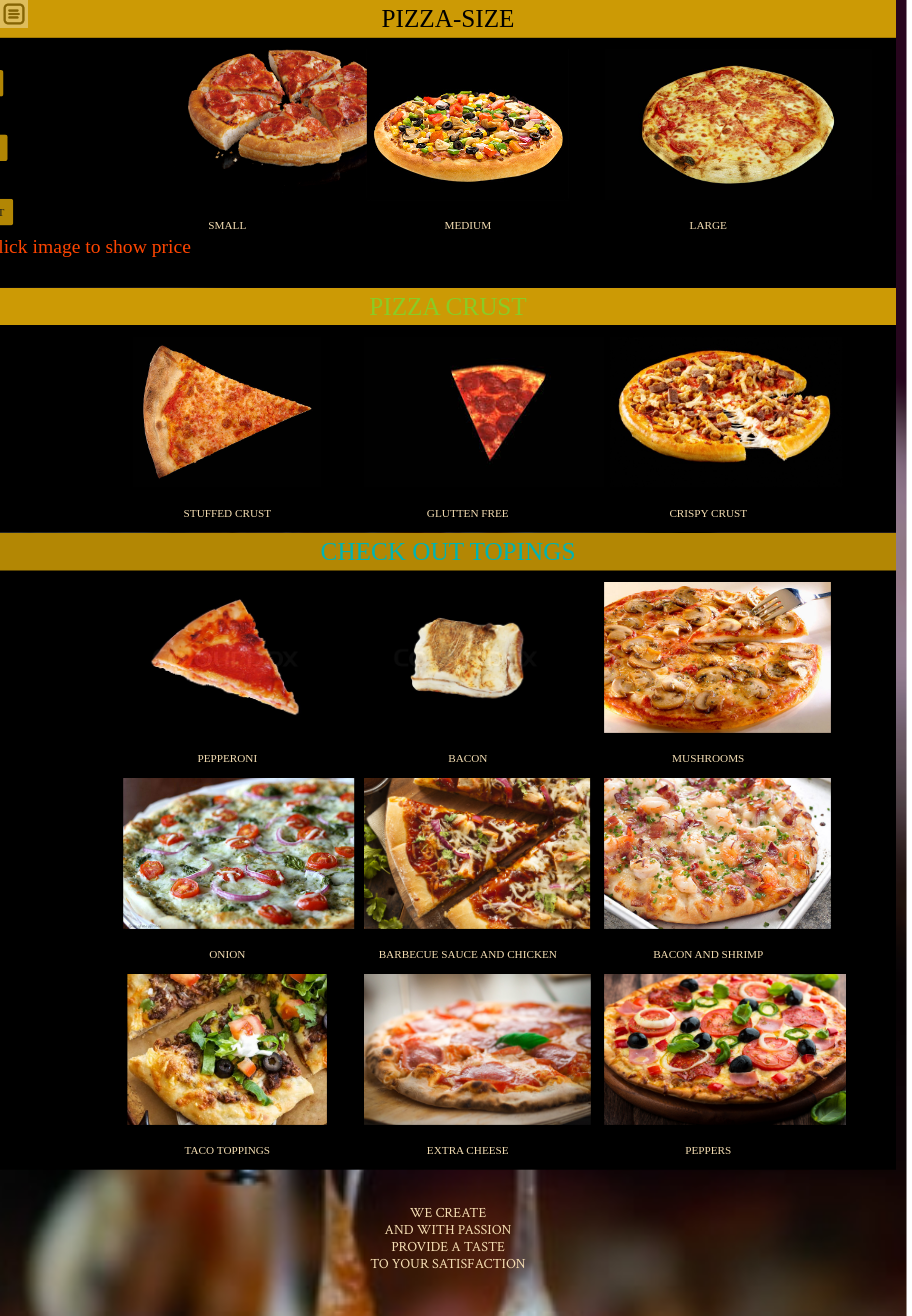
Repository: alexmwaura/MOREO--PIZZA-IP4
Page: mine.html
These files come from the project's save history. The page is drawn as it stood at one moment and after the next save; the edit follows.
The browser window is 1280 px wide. The page is 1303 px wide, so the pictures cover 1303 px, including what lies to the right of the window. The pictures show the part of the page from y = 0 to 1880 px (the page is 3153 px tall), at 70% of full size.
Some web fonts or font styles are not loaded; a fallback is used.

Above is the page before, as saved 2019-09-01 17:48:53.

### mine.html
<!DOCTYPE html>
<html lang="en">

<head>
    <meta charset="UTF-8">
    <meta name="viewport" content="width=device-width, initial-scale=1.0">
    <meta http-equiv="X-UA-Compatible" content="ie=edge">

    <title> MOREO RESTAURANT</title>

    <link href="https://fonts.googleapis.com/css?family=Kaushan+Script&display=swap" rel="stylesheet">
    <link href="https://fonts.googleapis.com/css?family=Pacifico|Rancho&display=swap" rel="stylesheet">
    <link href="https://fonts.googleapis.com/css?family=Crimson+Text&display=swap" rel="stylesheet">

    <link rel="stylesheet" href="./CSS/bootstrap.css">
    <link rel="stylesheet" href="./CSS/styles.css">
    <script src="./SCRIPTS/jquery-3.4.1.js"></script>
    <script src="./SCRIPTS/scripts.js"></script>
</head>

<body>
    <nav>
        <a href="#" class="nav-toggle-btn bg-success"></a>
        <ul>
            <li><a href="./index.html" class="btn bg-warning" style="margin-left: -14%">HOME</a></li><br><br>
            <li><a href="#pizza" class="btn bg-warning" style="margin-left: -15%">ORDER</a></li><br><br>
            <li><a href="#nav" class="btn bg-warning" style="margin-left: -35%">CONTACT</a></li>
        </ul>
    </nav>

    <div class="content">


            <div class="address">
                    <div class="">



                        <div class="bg-warning" id="pizza-crust" style="opacity: 0.8">

                            <p style="color: black">PIZZA-SIZE</p>

                        </div>

                        <div class="row">

                            &nbsp;&nbsp;&nbsp;&nbsp;&nbsp;&nbsp;&nbsp;&nbsp;&nbsp;&nbsp;&nbsp;&nbsp;&nbsp;&nbsp;&nbsp;&nbsp;&nbsp;&nbsp;&nbsp;&nbsp;&nbsp;&nbsp;&nbsp;&nbsp;&nbsp;&nbsp;&nbsp;&nbsp;&nbsp;&nbsp;&nbsp;&nbsp;&nbsp;&nbsp;&nbsp;&nbsp;&nbsp;&nbsp;&nbsp;&nbsp;&nbsp;&nbsp;&nbsp;&nbsp;

                            <div class="col-lg-3 col-md-3 col-sm-3">
                                <div id="workS1">
                                    <img src="./IMAGES/small2.png" alt="" class="img-fluid-S1"><br><br>

                                    <div class="overlay">
                                        <div class="line">
                                            <p class="trial1">SMALL</p>
                                            <p class="pS1">
                                                    <h5 class="pS1"><strong> PRICE: <br>
                                                        <em><h1 style="font-size: 10vh">500 ksh</h1></em><br>
                                                    </strong></h5>
                                            </p>

                                        </div>

                                    </div>

                                </div>



                            </div>
                            &nbsp;&nbsp;&nbsp;&nbsp;

                            <div class="col-lg-3 col-md-3 col-sm-3">
                                <div id="workS2">
                                    <img src="./IMAGES/medium.jpg" alt="" class="img-fluid-S2"><br><br>

                                    <div class="overlay">
                                        <div class="line">
                                            <p class="trialS2">MEDIUM </p>
                                            <p class="pS2">
                                                    <h5 class="pS2"><strong> PRICE: <br>
                                                        <em><h1 style="font-size: 10vh">700 ksh</h1></em><br>
                                                    </strong></h5>
                                            </p>



                                        </div>

                                    </div>

                                </div>

                            </div>

                            &nbsp;&nbsp;&nbsp;&nbsp;


                            <div class="col-lg-3 col-md-3 col-sm-3">
                                <div id="workS3">
                                    <img src="./IMAGES/large4.jpg" alt="" class="img-fluid-S3 "><br><br>

                                    <div class="overlay">
                                        <div class="line">
                                            <p class="trialS3">LARGE</p>
                                            <p class="pS3">
                                                    <h5 class="pS3"><strong> PRICE: <br>
                                                        <em><h1 style="font-size: 10vh">1000 ksh</h1></em><br>
                                                </strong></h5>
                                            </p>


                                        </div>

                                    </div>

                                </div>

                            </div>

                            <div class="form-group">
                                <h3 style="color: orangered" style="font-size: 10vh" class="price"> click image to show price</h3>
                            </div>


                        </div>

                    </div>

                </div>







        <div class="address">
            <div class="">



                <div class="bg-warning" id="pizza-crust" style="opacity: 0.8">

                    <p style="color:greenyellow">PIZZA CRUST</p>

                </div>

                <div class="row">

                    &nbsp;&nbsp;&nbsp;&nbsp;&nbsp;&nbsp;&nbsp;&nbsp;&nbsp;&nbsp;&nbsp;&nbsp;&nbsp;&nbsp;&nbsp;&nbsp;&nbsp;&nbsp;&nbsp;&nbsp;&nbsp;&nbsp;&nbsp;&nbsp;&nbsp;&nbsp;&nbsp;&nbsp;&nbsp;&nbsp;&nbsp;&nbsp;&nbsp;&nbsp;&nbsp;&nbsp;&nbsp;&nbsp;&nbsp;&nbsp;&nbsp;&nbsp;&nbsp;&nbsp;

                    <div class="col-lg-3 col-md-3 col-sm-3">
                        <div id="work1">
                            <img src="./IMAGES/stuffed5.jpg" alt="" class="img-fluid-1"><br><br>

                            <div class="overlay">
                                <div class="line">
                                    <p class="trial1">STUFFED CRUST</p>
                                    <p class="p1">
                                        <h5 class="p1"><strong> PRICE: <br>
                                            <em>SMALL; KSH 100</em><br>
                                            <em>MEDIUM; KSH 150</em><br>
                                            <em>LARGE; KSH 200</em>
                                        </strong></h5>
                                    </p>

                                </div>

                            </div>

                        </div>



                    </div>
                    &nbsp;&nbsp;&nbsp;&nbsp;

                    <div class="col-lg-3 col-md-3 col-sm-3">
                        <div id="work2">
                            <img src="./IMAGES/glutten5.jpeg" alt="" class="img-fluid-2"><br><br>

                            <div class="overlay">
                                <div class="line">
                                    <p class="trial2">GLUTTEN FREE </p>
                                    <p class="p2">
                                        <h5 class="p2"><strong> PRICE: <br>
                                            <em>SMALL; KSH 50</em><br>
                                            <em>MEDIUM; KSH 100</em><br>
                                            <em>LARGE; KSH 150</em>
                                        </strong></h5>
                                    </p>



                                </div>

                            </div>

                        </div>

                    </div>

                    &nbsp;&nbsp;&nbsp;&nbsp;


                    <div class="col-lg-3 col-md-3 col-sm-3">
                        <div id="work3">
                            <img src="./IMAGES/crispy3.jpg" alt="" class="img-fluid-3 "><br><br>

                            <div class="overlay">
                                <div class="line">
                                    <p class="trial3">CRISPY CRUST</p>
                                    <p class="p3">
                                        <h5 class="p3"><strong> PRICE: <br>
                                            <em>SMALL; KSH 100</em><br>
                                            <em>MEDIUM; KSH 150</em><br>
                                            <em>LARGE; KSH 200</em>
                                        </strong></h5>
                                    </p>


                                </div>

                            </div>

                        </div>

                    </div>



                </div>

            </div>

        </div>



        <div class="dance">

            <div class="">

                <div class="bg-warning" id="pizza-toppings" style="opacity: 0.7">
                    <p style="color: aqua">CHECK OUT TOPINGS</p>

                </div>

                <div class="row">

                    &nbsp;&nbsp;&nbsp;&nbsp;&nbsp;&nbsp;&nbsp;&nbsp;&nbsp;&nbsp;&nbsp;&nbsp;&nbsp;&nbsp;&nbsp;&nbsp;&nbsp;&nbsp;&nbsp;&nbsp;&nbsp;&nbsp;&nbsp;&nbsp;&nbsp;&nbsp;&nbsp;&nbsp;&nbsp;&nbsp;&nbsp;&nbsp;&nbsp;&nbsp;&nbsp;&nbsp;&nbsp;&nbsp;&nbsp;&nbsp;&nbsp;&nbsp;&nbsp;&nbsp;

                    <div class="col-lg-3 col-md-3 col-sm-3">
                        <div id="work4">
                            <img src="./IMAGES/pepporoni3.jpg" alt="" class="img-fluid-4"><br><br>

                            <div class="overlay">
                                <div class="line">
                                    <p class="trial4">PEPPERONI</p>
                                    <p class="p4">
                                        <h5 class="p4"><strong> PRICE: <br>
                                            <em>SMALL; KSH 50</em><br>
                                            <em>MEDIUM; KSH 70</em><br>
                                            <em>LARGE; KSH 100</em>
                                        </strong></h5>
                                    </p>


                                </div>

                            </div>

                        </div>

                    </div>




                    &nbsp;&nbsp;&nbsp;&nbsp;


                    <div class="col-lg-3 col-md-3 col-sm-3">
                        <div id="work5">
                            <img src="./IMAGES/bacon1.jpg" alt="" class="img-fluid-5"><br><br>

                            <div class="overlay">
                                <div class="line">
                                    <p class="trial5">BACON </p>
                                    <p class="p5">
                                        <h5 class="p5"><strong> PRICE: <br>
                                            <em>SMALL; KSH 80</em><br>
                                            <em>MEDIUM; KSH 100</em><br>
                                            <em>LARGE; KSH 150</em>
                                        </strong></h5>
                                    </p>


                                </div>

                            </div>

                        </div>

                    </div>

                    &nbsp;&nbsp;&nbsp;&nbsp;


                    <div class="col-lg-3 col-md-3 col-sm-3">
                        <div id="work6">
                            <img src="./IMAGES/mushroom2.jpg" alt="" class="img-fluid-6"><br><br>

                            <div class="overlay">
                                <div class="line">
                                    <p class="trial6">MUSHROOMS</p>
                                    <p class="p6">
                                        <h5 class="p6"><strong> PRICE: <br>
                                            <em>SMALL; KSH 80</em><br>
                                            <em>MEDIUM; KSH 120</em><br>
                                            <em>LARGE; KSH 150</em>
                                        </strong></h5>
                                    </p>


                                </div>

                            </div>

                        </div>

                    </div>



                </div>

                <div class="row">

                    &nbsp;&nbsp;&nbsp;&nbsp;&nbsp;&nbsp;&nbsp;&nbsp;&nbsp;&nbsp;&nbsp;&nbsp;&nbsp;&nbsp;&nbsp;&nbsp;&nbsp;&nbsp;&nbsp;&nbsp;&nbsp;&nbsp;&nbsp;&nbsp;&nbsp;&nbsp;&nbsp;&nbsp;&nbsp;&nbsp;&nbsp;&nbsp;&nbsp;&nbsp;&nbsp;&nbsp;&nbsp;&nbsp;&nbsp;&nbsp;&nbsp;&nbsp;&nbsp;&nbsp;

                    <div class="col-lg-3 col-md-3 col-sm-3">
                        <div id="work7">
                            <img src="./IMAGES/onions.jpg" alt="" class="img-fluid-7"><br><br>

                            <div class="overlay">
                                <div class="line">
                                    <p class="trial4">ONION</p>
                                    <p class="p7">
                                        <h5 class="p7"><strong> PRICE: <br>
                                            <em>SMALL; KSH 20</em><br>
                                            <em>MEDIUM; KSH 30</em><br>
                                            <em>LARGE; KSH 30</em>
                                        </strong></h5>
                                    </p>


                                </div>

                            </div>

                        </div>

                    </div>




                    &nbsp;&nbsp;&nbsp;&nbsp;


                    <div class="col-lg-3 col-md-3 col-sm-3">
                        <div id="work8">
                            <img src="./IMAGES/barbecue.jpg" alt="" class="img-fluid-8"><br><br>

                            <div class="overlay">
                                <div class="line">
                                    <p class="trial5">BARBECUE SAUCE AND CHICKEN </p>
                                    <p class="p8">
                                        <h5 class="p8"><strong> PRICE: <br>
                                            <em>SMALL; KSH 100</em><br>
                                            <em>MEDIUM; KSH 150</em><br>
                                            <em>LARGE; KSH 200</em>
                                        </strong></h5>
                                    </p>


                                </div>

                            </div>

                        </div>

                    </div>

                    &nbsp;&nbsp;&nbsp;&nbsp;


                    <div class="col-lg-3 col-md-3 col-sm-3">
                        <div id="work9">
                            <img src="./IMAGES/shrimp.jpg" alt="" class="img-fluid-9"><br><br>

                            <div class="overlay">
                                <div class="line">
                                    <p class="trial6">BACON AND SHRIMP</p>
                                    <p class="p9">
                                        <h5 class="p9"><strong> PRICE: <br>
                                            <em>SMALL; KSH 80</em><br>
                                            <em>MEDIUM; KSH 100</em><br>
                                            <em>LARGE; KSH 150</em>
                                        </strong></h5>
                                    </p>


                                </div>

                            </div>

                        </div>

                    </div>



                </div>


                <div class="row">

                    &nbsp;&nbsp;&nbsp;&nbsp;&nbsp;&nbsp;&nbsp;&nbsp;&nbsp;&nbsp;&nbsp;&nbsp;&nbsp;&nbsp;&nbsp;&nbsp;&nbsp;&nbsp;&nbsp;&nbsp;&nbsp;&nbsp;&nbsp;&nbsp;&nbsp;&nbsp;&nbsp;&nbsp;&nbsp;&nbsp;&nbsp;&nbsp;&nbsp;&nbsp;&nbsp;&nbsp;&nbsp;&nbsp;&nbsp;&nbsp;&nbsp;&nbsp;&nbsp;&nbsp;

                    <div class="col-lg-3 col-md-3 col-sm-3">
                        <div id="work10">
                            <img src="./IMAGES/taco.jpg" alt="" class="img-fluid-10"><br><br>

                            <div class="overlay">
                                <div class="line">
                                    <p class="trial4">TACO TOPPINGS</p>
                                    <p class="p10">
                                        <h5 class="p10"><strong> PRICE: <br>
                                            <em>SMALL; KSH 100</em><br>
                                            <em>MEDIUM; KSH 150</em><br>
                                            <em>LARGE; KSH 200</em>
                                        </strong></h5>
                                    </p>


                                </div>

                            </div>

                        </div>

                    </div>




                    &nbsp;&nbsp;&nbsp;&nbsp;


                    <div class="col-lg-3 col-md-3 col-sm-3">
                        <div id="work11">
                            <img src="./IMAGES/cheese 2.jpg" alt="" class="img-fluid-11"><br><br>

                            <div class="overlay">
                                <div class="line">
                                    <p class="trial5">EXTRA CHEESE </p>
                                    <p class="p11">
                                        <h5 class="p11"><strong> PRICE: <br>
                                            <em>SMALL; KSH 80</em><br>
                                            <em>MEDIUM; KSH 120</em><br>
                                            <em>LARGE; KSH 150</em>
                                        </strong></h5>
                                    </p>


                                </div>

                            </div>

                        </div>

                    </div>

                    &nbsp;&nbsp;&nbsp;&nbsp;


                    <div class="col-lg-3 col-md-3 col-sm-3">
                        <div id="work12">
                            <img src="./IMAGES/pepper.jpg" alt="" class="img-fluid-12"><br><br>

                            <div class="overlay">
                                <div class="line">
                                    <p class="trial6">PEPPERS</p>
                                    <p class="p12">
                                        <h5 class="p12"><strong> PRICE: <br>
                                            <em>SMALL; KSH 20</em><br>
                                            <em>MEDIUM; KSH 30</em><br>
                                            <em>LARGE; KSH 30</em>
                                        </strong></h5>
                                    </p>


                                </div>

                            </div>

                        </div>

                    </div>



                </div>


            </div>





        </div>

        <div id="trial">


            <div id="pizza">
                <h2 class="pizza">WE CREATE <br>AND WITH PASSION <br> PROVIDE A TASTE <br> TO YOUR SATISFACTION</h2>
                <br><br>
                <h1>FILL IN DETAILS TO START YOUR ORDER:</h1>


            </div><br><br>



        </div>







        <form id="form" class="container">





            <div class="final">





                    <div class="bg-dark" id="pizza-size">
                            <label class="form-control bg-warning" style="font-size: 20px;" >CHOOSE SIZE</label>
                            <h4>Small</h4>
                            <input type="radio" name="size" value="Small" id="small">
                            <h4>Medium</h4>
                            <input type="radio" name="size" value="Medium" id="medium">
                            <h4>Large</h4>
                            <input type="radio" name="size" value="Large" id="large">
                        </div>


                        <div class="bg-dark" id="choose">
                            <label class="form-control bg-warning" style="font-size: 20px;">CHOOSE CRUST</label>
                            <h4>Crispy</h4>
                            <input type="radio" value="Crispy" name="crust" id="crispy">
                            <h4>Stuffed</h4>
                            <input type="radio" value="Stuffed" name="crust" id="stuffed">
                            <h4>glutten free</h4>
                            <input type="radio" value="Gluten-free" name="crust" id="gluten">
                        </div><br><br>







                        <select id="toppings" class="form-control-range btn-dark">

                            <option value="" disabled selected>TOPPINGS</option>
                            <div>
                                <option value="Mushrooms" id="mushrooms">Mushrooms</option>
                            <option value="Onions" id="onions">Onions</option>
                            <option value="Pepperoni" id="peppe">Pepperoni</option>
                            <option value="Bacon" id="bacon">Bacon and shrimp</option>
                            <option value="Barbecue" id="chicken">Barbecue sauce and chicken</option>
                            <option value="taco" id="taco">Taco toppings</option>
                            <option value="Cheese" id="cheese">Extra cheese</option>
                            <option value="Peppers" id="green">Green peppers</option>
                            <option value="Peppers" id="green">Red peppers</option>
                            <option value="Peppers" id="green">Yellow peppers</option>
                            </div>

                        </select>


                        <div class="card-body">
                            <label for="delivery" id="delivery">
                                <h3>Delivery charges: </h3>
                            </label>
                            <label for="charges" id="charges">300</label><br>
                            <label for="details" id="order" class="form-control bg-warning" style="opacity: 0.6;">
                                <h3 style="color: darkred">check out order:</h3>
                            </label><br>
                            <button id="check" type="submit">Checkout</button><br>
                            <label id="details"></label>


                            <label id="total" class="bg-warning form-control" style="display: none; opacity: 0.4;">

                                <label for="price" id="price">

                                </label>
                                <label for="amount" id="pizza-amount">
                                    <h3></h3>
                                </label>

                            </label>

                        </div> <br>


            </div>

            <div class="border-dark">
                <div class="jumbotron">
                    <label class="form-control bg-warning" style="font-size: 25px;" >NUMBER OF PIZZA</label>
                    <input  class="form-control-range badge-pill" type="number" min="1" id="number">
                </div>


            </div>

            <div class="container">

                <button id="pick" type="submit">Pickup</button>
                <button id="deliver" type="submit">Deliver</button>

            </div>

        </form>
















    </div>
















</body>

Loaded but not shown: CSS/bootstrap.css (library); SCRIPTS/jquery-3.4.1.js (library); SCRIPTS/scripts.js (103 lines, source omitted); CSS/styles.css (363 lines, source omitted)

After the next save:
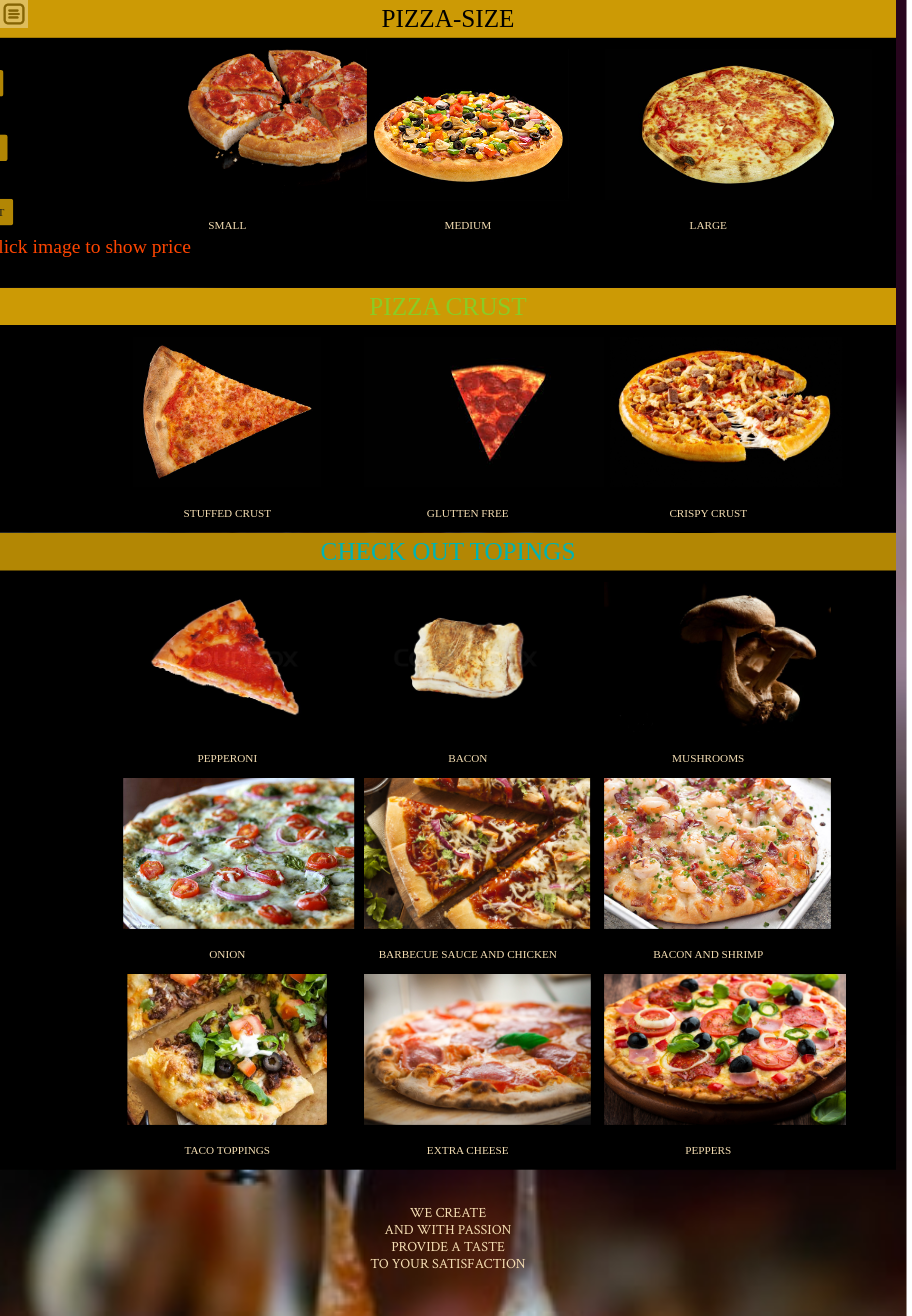
Saved 103 s later.
--- a/mine.html
+++ b/mine.html
@@ -310,7 +310,7 @@
 
                     <div class="col-lg-3 col-md-3 col-sm-3">
                         <div id="work6">
-                            <img src="./IMAGES/mushroom2.jpg" alt="" class="img-fluid-6"><br><br>
+                            <img src="./IMAGES/mushroom3.jpg" alt="" class="img-fluid-6"><br><br>
 
                             <div class="overlay">
                                 <div class="line">
